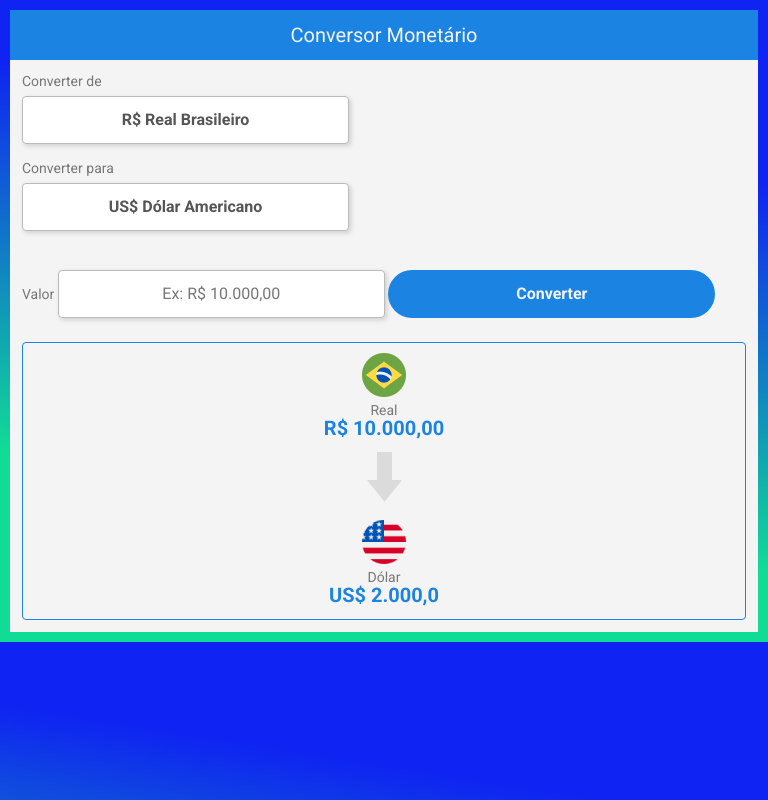
Repository: isayrous/coin-converter
Page: index.html
These files come from the project's save history. The page is drawn as it stood at one moment and after a run of saves; the edit follows.
The browser window is 768 px wide. The pictures show the whole page.

Above is the page before, as saved 2022-11-02 23:33:22.

### index.html
<!DOCTYPE html>
<html lang="pt-br">
<head>
    <meta charset="UTF-8">
    <meta http-equiv="X-UA-Compatible" content="IE=edge">
    <meta name="viewport" content="width=device-width, initial-scale=1.0">
    <link rel='stylesheet' href="./style.css">
    <link rel="preconnect" href="https://fonts.googleapis.com">
    <link rel="preconnect" href="https://fonts.gstatic.com" crossorigin>
    <link href="https://fonts.googleapis.com/css2?family=Roboto:wght@400;700&display=swap" rel="stylesheet">
    <title>Conversor Monetário</title>
</head>
<body>
    <div class="container">

        <header>
            <h1>Conversor Monetário</h1>
        </header>

        <main>
            <label>
                Converter <strong>de</strong>
                <select id="first-select">
                    <option>R$ Real Brasileiro</option>
                    <option>US$ Dólar Americano</option>
                    <option>Bitcoin</option>
                    <option>€ Euro</option>
                </select>
            </label>

            <label>
                Converter <strong>para</strong>
                <select id="seccond-select">
                    <option>US$ Dólar Americano</option>
                    <option>Bitcoin</option>
                    <option>€ Euro</option>
                    <option>R$ Real Brasileiro</option>
                </select>
            </label>

            <label>
                <b>Valor</b>
                <input id='values' placeholder="Ex: R$ 10.000,00">
            </label>

            <button id="button-converter" >Converter</button>

            <section>
                <div>
                    <img id="currency-img1" src="./assets/BRL.png">
                    <p id="first-currency">Real</p>
                    <p id="return-input1" class="value">R$ 10.000,00</p>
                </div>

                <img src="./assets/Vector.png"><br>

                <div>
                    <img id="currency-img2" src="./assets/USA.png">
                    <p id ="seccond-currency">Dólar</p>
                    <p id="return-input2" class="value">US$ 2.000,0</p>
                </div>

            </section>

        </main>

    </div>

</body>
<script src='./scripts.js'></script>
</html>

### style.css
* {
    padding: 0;
    margin: 0;
    box-sizing: border-box;
    font-family: 'Roboto', sans-serif;
    font-style: normal;
    font-weight: normal;
    line-height: 18px;
}

body{
    background: linear-gradient(189deg, rgba(15,35,242,1) 24%, rgba(17,220,150,1) 75%);
    width: 100%;
    height: 100%;
    display: flex;
    justify-content: center;
    padding: 10px;
}

.container {
    height: 100%;
    width: 375px;
    background-color: #F4F4F4;
}

header {
    background-color: #1b83e2;
    height: 66px;
    display: flex;
    justify-content: center;
    align-items: center;
}

h1 {
    font-size: 24px;
    color:#F4F4F4;

}

main {
    padding: 24px;
}

label{
    font-weight: 400;
    font-size: 14px;
    color: #777777;
    width: 375px;
}

select{
    width: 327px;
    height: 48px;
    background: #FFFFFF;
    border: 1px solid #BBBBBB;
    border-radius: 4px;
    font-weight: 700;
    font-size: 16px;
    color: #555555;
    text-align: center;
    display: block;
    cursor: pointer;
    outline: none;
    appearance: none;
    box-shadow: 2px 2px 5px 0px #00000026;
    margin-bottom: 15px;
    margin-top: 6px;
}

input{
    width: 327px;
    height: 48px;
    background: #FFFFFF;
    border: 1px solid #BBBBBB;
    border-radius: 4px;
    font-weight: 700;
    font-size: 16px;
    color: #555555;
    text-align: center;
    box-shadow: 2px 2px 5px 0px #00000026;
    outline: none;

}

button {
    background: #1B83E2;
    border-radius: 25px;
    height: 48px;
    width: 327px;
    font-weight: 700;
    font-size: 16px;
    color: #F4F4F4;
    margin: 24px 0px 24px;
    border: none;
    cursor: pointer;
}

button:hover {
    opacity: 0.8;
}

button:active {
    opacity: 0.7;
}

section{
    border: 1px solid #1B83E2;
    border-radius: 4px;
    padding-top: 10px;
    display: flex;
    flex-direction: column;
    align-items: center;
    text-align: center;
}

p {
    font-weight: 400;
    font-size: 14px;
    color: #777777;
}

.value {
    color: #1B83E2;
    font-weight: 700;
    font-size: 20px;
    margin-bottom: 15px;
}

input::placeholder{color: #777777;
    font-weight: 100;}


@media screen and (max-width: 900px){
    .container {
        height: 100%;
        width: 100%;
        background-color: #F4F4F4;
    }

    header {
        height: 50px;
    }

    h1 {
        font-size: 20px;
    }

    main {
        padding: 12px;
    }

    label{
        font-weight: 400;
        font-size: 14px;
        color: #777777;
        width: 375px;
    }

    select{
        width: 327px;
        height: 48px;
        background: #FFFFFF;
        border: 1px solid #BBBBBB;
        border-radius: 4px;
        font-weight: 700;
        font-size: 16px;
        color: #555555;
        text-align: center;
        display: block;
        cursor: pointer;
        outline: none;
        appearance: none;
        box-shadow: 2px 2px 5px 0px #00000026;
        margin-bottom: 15px;
        margin-top: 6px;
    }

    input{
        width: 327px;
        height: 48px;
        background: #FFFFFF;
        border: 1px solid #BBBBBB;
        border-radius: 4px;
        font-weight: 700;
        font-size: 16px;
        color: #555555;
        text-align: center;
        box-shadow: 2px 2px 5px 0px #00000026;
        outline: none;

    }

    button {
        background: #1B83E2;
        border-radius: 25px;
        height: 48px;
        width: 327px;
        font-weight: 700;
        font-size: 16px;
        color: #F4F4F4;
        margin: 24px 0px 24px;
        border: none;
        cursor: pointer;
    }

    button:hover {
        opacity: 0.8;
    }

    button:active {
        opacity: 0.7;
    }

    section{
        border: 1px solid #1B83E2;
        border-radius: 4px;
        padding-top: 10px;
        display: flex;
        flex-direction: column;
        align-items: center;
        text-align: center;
    }

    p {
        font-weight: 400;
        font-size: 14px;
        color: #777777;
    }

    .value {
        color: #1B83E2;
        font-weight: 700;
        font-size: 20px;
        margin-bottom: 15px;
    }

    input::placeholder{color: #777777;
        font-weight: 100;}

}

### scripts.js
const convert = document.getElementById("button-converter")
const select2 = document.getElementById("seccond-select")
const select1 = document.getElementById("first-select")
/* REAL, DOLAR, BITCOIN , EURO */
const real = [5.16, 5.08]
const dolar = [0.19 , 0.98]
const euro = [0.20 , 1.02]
const bitcoin = [98137.74 , 19010.10 , 19269.79]


const convertvalue = () => {
    const input = document.getElementById("values").value
    const returninput1 = document.getElementById("return-input1")
    const returninput2 = document.getElementById("return-input2")
    /* RETURNS DO INPUT 1 */

    if (select1.value === 'R$ Real Brasileiro') {
        returninput1.innerHTML = new Intl.NumberFormat('pt-BR', {
            style: 'currency', currency: 'BRL'
        }).format(input)

        if (select2.value === 'US$ Dólar Americano') {
            returninput2.innerHTML = new Intl.NumberFormat('en-US', {
                style: 'currency', currency: 'USD'
            }).format(input * dolar[0])
        }
        else if (select2.value === '€ Euro') {
            returninput2.innerHTML = new Intl.NumberFormat('de-DE', {
                style: 'currency', currency: 'EUR'
            }).format(input * euro[0])
        }
        else if (select2.value === 'Bitcoin'){
            returninput2.innerHTML = (input / bitcoin[0]).toFixed(2)
        }
        else if (select2.value === 'R$ Real Brasileiro') {
            returninput2.innerHTML = new Intl.NumberFormat('pt-BR', {
                style: 'currency', currency: 'BRL'
            }).format(input)
        }
    }


    else if (select1.value === 'US$ Dólar Americano') {
        returninput1.innerHTML = new Intl.NumberFormat('en-US', {
            style: 'currency', currency: 'USD'
        }).format(input)

        if (select2.value === 'US$ Dólar Americano') {
            returninput2.innerHTML = new Intl.NumberFormat('en-US', {
                style: 'currency', currency: 'USD'
            }).format(input)
        }
        else if (select2.value === '€ Euro') {
            returninput2.innerHTML = new Intl.NumberFormat('de-DE', {
                style: 'currency', currency: 'EUR'
            }).format(input * euro[1])
        }
        else if (select2.value === 'Bitcoin'){
            returninput2.innerHTML = (input / bitcoin[1]).toFixed(2)
        }
        else if (select2.value === 'R$ Real Brasileiro') {
            returninput2.innerHTML = new Intl.NumberFormat('pt-BR', {
                style: 'currency', currency: 'BRL'
            }).format(input * real[0])
        }

    }

    else if (select1.value === '€ Euro') {
        returninput1.innerHTML = new Intl.NumberFormat('de-DE', {
            style: 'currency', currency: 'EUR'
        }).format(input)

        if (select2.value === 'US$ Dólar Americano') {
            returninput2.innerHTML = new Intl.NumberFormat('en-US', {
                style: 'currency', currency: 'USD'
            }).format(input * dolar[1])
        }
        else if (select2.value === '€ Euro') {
            returninput2.innerHTML = new Intl.NumberFormat('de-DE', {
                style: 'currency', currency: 'EUR'
            }).format(input)
        }
        else if (select2.value === 'Bitcoin'){
            returninput2.innerHTML = (input / bitcoin[1]).toFixed(2)
        }
        else if (select2.value === 'R$ Real Brasileiro') {
            returninput2.innerHTML = new Intl.NumberFormat('pt-BR', {
                style: 'currency', currency: 'BRL'
            }).format(input * real[1])
        }
    }

    else if (select1.value === 'Bitcoin') {
        returninput1.innerHTML = (input)

        if (select2.value === 'US$ Dólar Americano') {
            returninput2.innerHTML = new Intl.NumberFormat('en-US', {
                style: 'currency', currency: 'USD'
            }).format(input * bitcoin[1])
        }
        else if (select2.value === '€ Euro') {
            returninput2.innerHTML = new Intl.NumberFormat('de-DE', {
                style: 'currency', currency: 'EUR'
            }).format(input * bitcoin[2])
        }
        else if (select2.value === 'Bitcoin'){
            returninput2.innerHTML = (input)
        }
        else if (select2.value === 'R$ Real Brasileiro') {
            returninput2.innerHTML = new Intl.NumberFormat('pt-BR', {
                style: 'currency', currency: 'BRL'
            }).format(input * bitcoin[0])
        }


    }

}

const change2 = () => {
    const currencyName2 = document.getElementById("seccond-currency")
    const currencyImg2 = document.getElementById("currency-img2")

    if (select2.value === '€ Euro') {
        currencyName2.innerHTML = '€ Euro'
        currencyImg2.src = "./assets/EURO.png"
    } else if (select2.value === 'Bitcoin') {
        currencyName2.innerHTML = 'Bitcoin'
        currencyImg2.src = "./assets/BITCOIN.png"
    } else if (select2.value === 'US$ Dólar Americano') {
        currencyName2.innerHTML = 'Dólar'
        currencyImg2.src = "./assets/USA.png"
    } else if (select2.value === 'R$ Real Brasileiro') {
        currencyName2.innerHTML = 'Real'
        currencyImg2.src = "./assets/BRL.png"
    }

    convertvalue()
}

const change1 = () => {
    const currencyName1 = document.getElementById("first-currency")
    const currencyImg1 = document.getElementById("currency-img1")

    if (select1.value === '€ Euro') {
        currencyName1.innerHTML = '€ Euro'
        currencyImg1.src = "./assets/EURO.png"
    } else if (select1.value === 'Bitcoin') {
        currencyName1.innerHTML = 'Bitcoin'
        currencyImg1.src = "./assets/BITCOIN.png"
    } else if (select1.value === 'US$ Dólar Americano') {
        currencyName1.innerHTML = 'Dólar'
        currencyImg1.src = "./assets/USA.png"
    } else if (select1.value === 'R$ Real Brasileiro') {
        currencyName1.innerHTML = 'Real'
        currencyImg1.src = "./assets/BRL.png"
    }
    convertvalue()

}

convert.addEventListener('click', convertvalue)
select1.addEventListener('change', change1)
select2.addEventListener('change', change2)

After the next 2 saves:
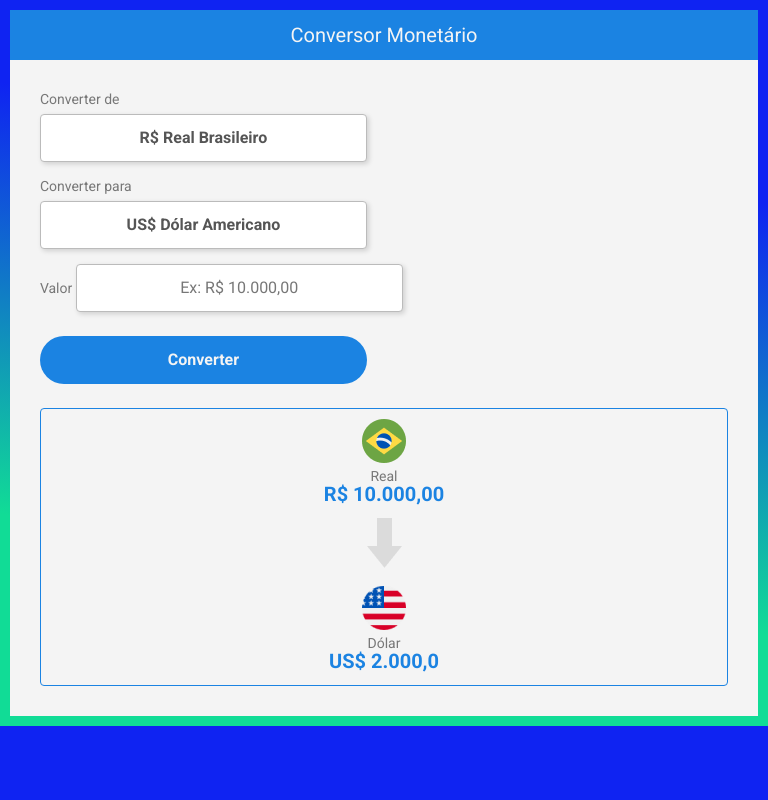
The 2 saves are shown as one change because they came seconds apart.
The last was saved 9 s later.
--- a/style.css
+++ b/style.css
@@ -146,7 +146,7 @@ input::placeholder{color: #777777;
     }
 
     main {
-        padding: 12px;
+        padding: 4%;
     }
 
     label{
